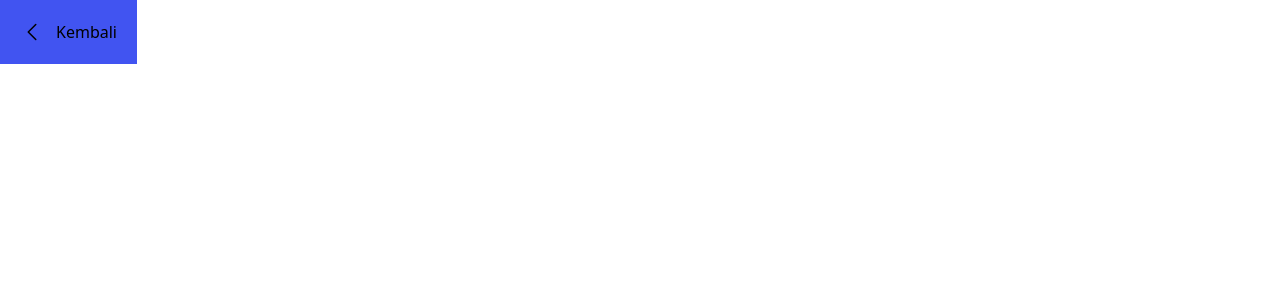
Repository: whytrno/sinovi-products
Page: /products
An editor plug-in stored every save of this project. The page is shown before and after the next save, followed by the edit.
The browser window is 1280 px wide. The pictures show the whole page.
The project was rebuilt for these pictures with package versions that can differ from the ones it lists, and the page was loaded fresh each time. The framework's server and built-in components were replaced by stand-ins that run in the browser. Also part of the build but not shown: next.config.js.

Above is the page before, as saved 2023-02-25 00:04:08.

### pages/products.js
import BackIcon from "@/components/Icon/BackIcon";
import Link from "next/link";

export default function Products() {
    return (
        <div>
            {/* <Link href="/" className="rounded-md p-4 bg-primary text-white">
                <BackIcon />
                <p>Kembali</p>
            </Link> */}
            <Link href="/" className="bg-[#4154F1] flex gap-3 items-center w-min whitespace-nowrap p-5">
                <BackIcon />
                <p>Kembali</p>
            </Link>
        </div>
    )
}

### components/Icon/BackIcon.js
export default function BackIcon() {
    return (
        <svg xmlns="http://www.w3.org/2000/svg" viewBox="0 0 24 24" fill="currentColor" className="w-6 h-6">
            <path fillRule="evenodd" d="M7.72 12.53a.75.75 0 010-1.06l7.5-7.5a.75.75 0 111.06 1.06L9.31 12l6.97 6.97a.75.75 0 11-1.06 1.06l-7.5-7.5z" clipRule="evenodd" />
        </svg>
    )
}

### tailwind.config.js
/** @type {import('tailwindcss').Config} */
module.exports = {
  content: [
    "./app/**/*.{js,ts,jsx,tsx}",
    "./pages/**/*.{js,ts,jsx,tsx}",
    "./components/**/*.{js,ts,jsx,tsx}"
  ],
  theme: {
    extend: {
      colors: {
        primary: "#03338D",
        secondary: "#4154F1",
        title: "#192A48",
        paragraph: "#444444"
      },
    },
    plugins: [],
  }
}

Loaded but not shown: pages/_app.js (common file); pages/_document.js (common file); styles/globals.css (common file)

After the next save:
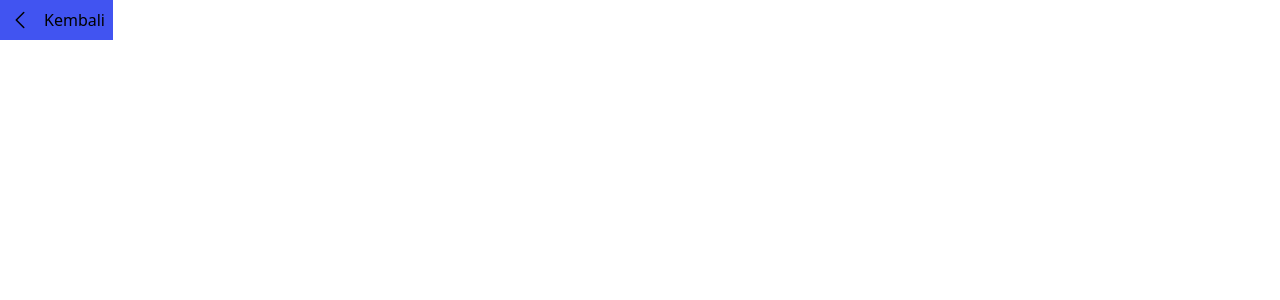
Saved 4 s later.
--- a/pages/products.js
+++ b/pages/products.js
@@ -8,7 +8,7 @@
                 <BackIcon />
                 <p>Kembali</p>
             </Link> */}
-            <Link href="/" className="bg-[#4154F1] flex gap-3 items-center w-min whitespace-nowrap p-5">
+            <Link href="/" className="bg-[#4154F1] flex gap-3 items-center w-min whitespace-nowrap p-2">
                 <BackIcon />
                 <p>Kembali</p>
             </Link>
